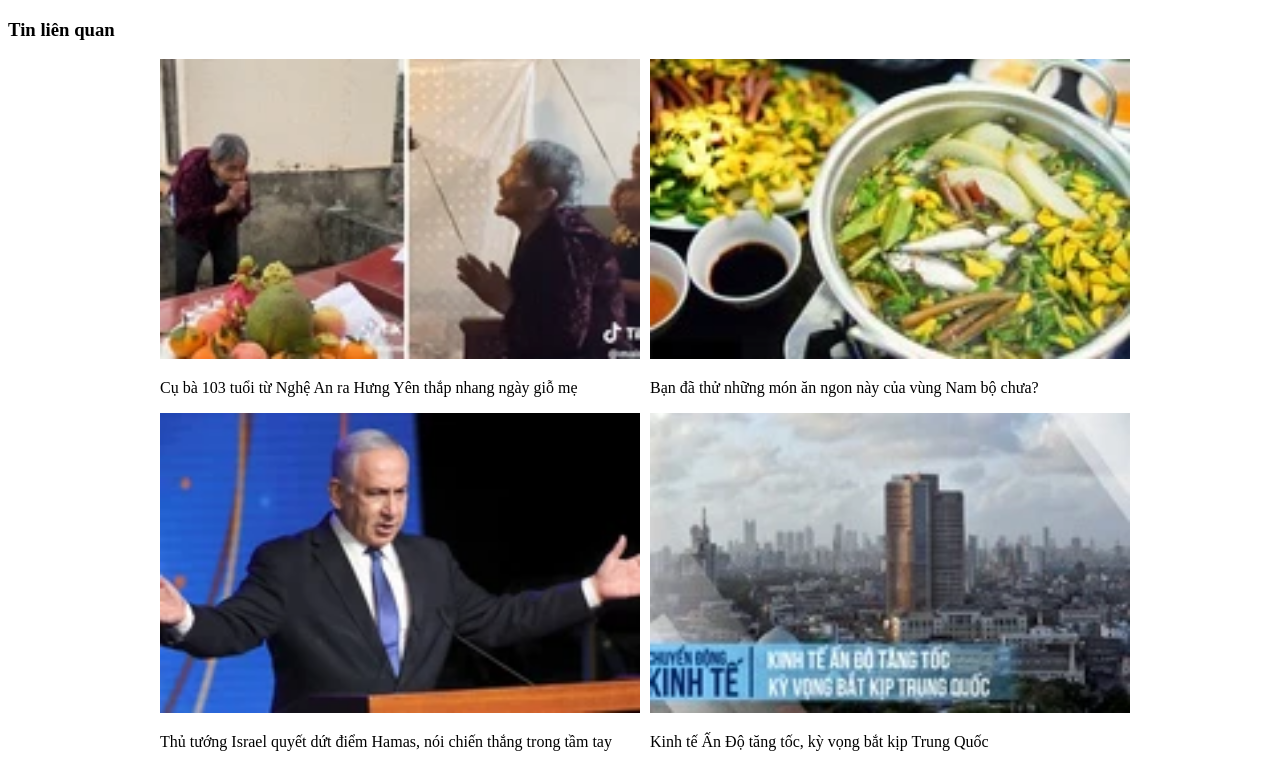
Repository: Tan-Khang21/TH_TKW--Buoi_07
Page: Bai_Tap_Ve_Nha/TinLienQuan.html
These files come from the project's save history. The page is drawn as it stood at one moment and after the next save; the edit follows.
The browser window is 1280 px wide. The pictures show the whole page.

Above is the page before, as saved 2024-03-12 17:20:24.

After the next save:
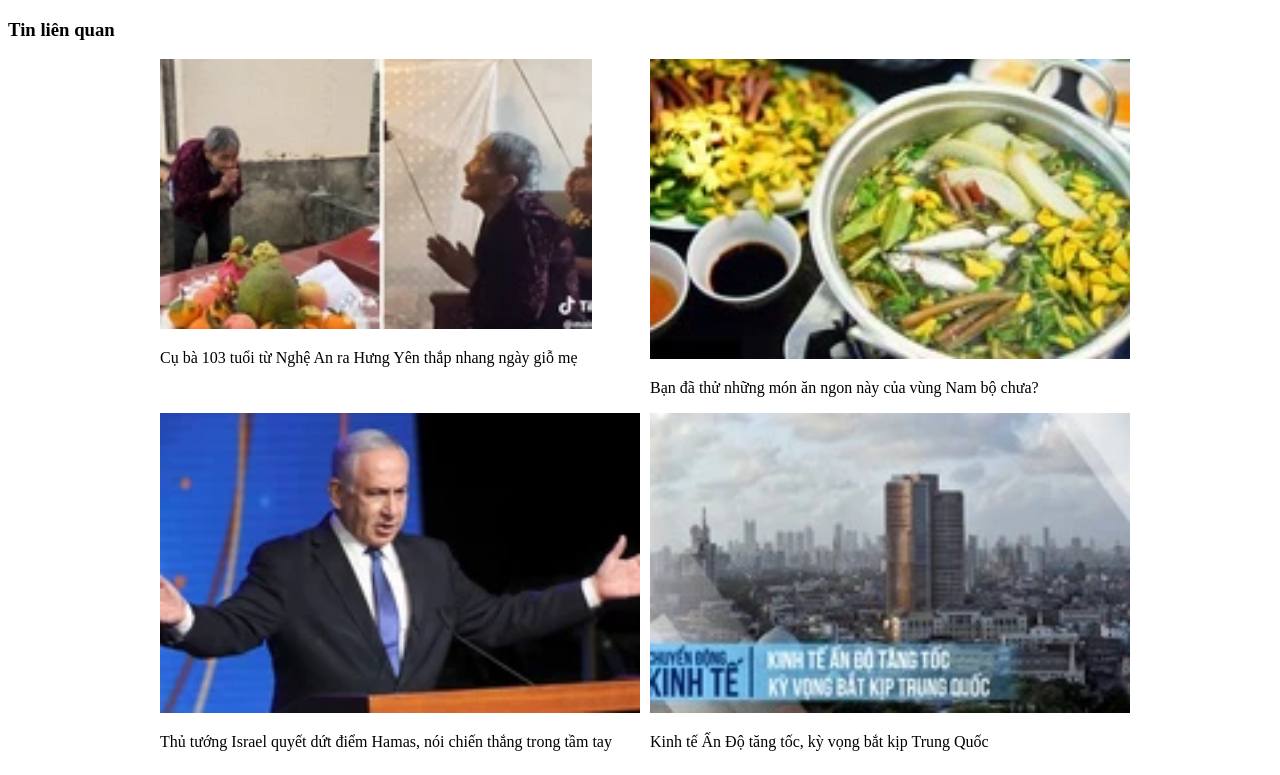
Saved 26 s later.
--- a/Bai_Tap_Ve_Nha/TinLienQuan.html
+++ b/Bai_Tap_Ve_Nha/TinLienQuan.html
@@ -23,7 +23,7 @@
             class="box"
             src="images/hinh3.webp"
             alt=""
-            style="width: 100%; object-fit: cover"
+            style="width: 90%; object-fit: cover"
           />
           <p>Cụ bà 103 tuổi từ Nghệ An ra Hưng Yên thắp nhang ngày giỗ mẹ</p>
         </div>

After the 3 saves that followed:
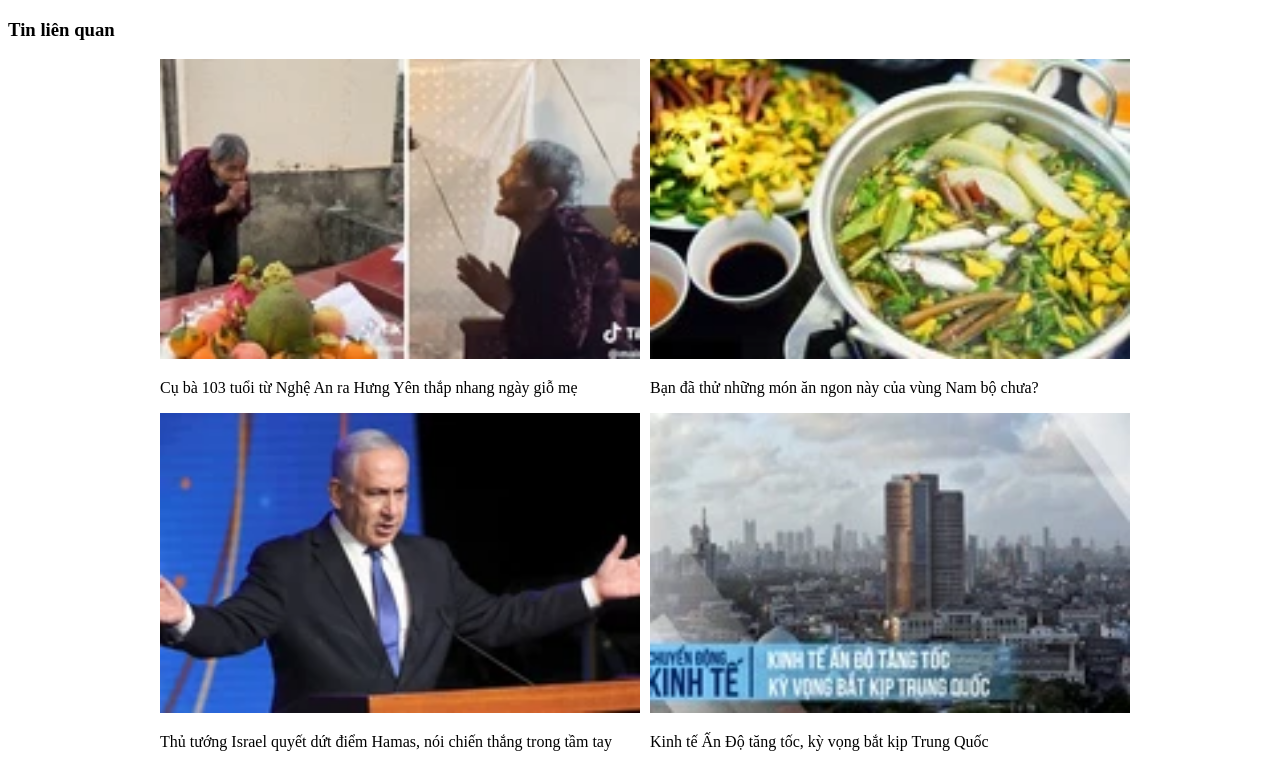
The 3 saves are shown as one change because 2 left the picture as it was.
The last was saved 92 s later.
--- a/Bai_Tap_Ve_Nha/TinLienQuan.html
+++ b/Bai_Tap_Ve_Nha/TinLienQuan.html
@@ -18,18 +18,16 @@
           margin: 0 auto;
         "
       >
-        <div style="width: 40%; margin-left: 10px">
+        <div class="box" style="width: 40%; margin-left: 10px">
           <img
-            class="box"
             src="images/hinh3.webp"
             alt=""
-            style="width: 90%; object-fit: cover"
+            style="width: 100%; object-fit: cover"
           />
           <p>Cụ bà 103 tuổi từ Nghệ An ra Hưng Yên thắp nhang ngày giỗ mẹ</p>
         </div>
         <div style="width: 40%; margin-left: 10px">
           <img
-            class="box"
             src="images/hinh4.webp"
             alt=""
             style="width: 100%; object-fit: cover"
@@ -38,7 +36,6 @@
         </div>
         <div style="width: 40%; margin-left: 10px">
           <img
-            class="box"
             src="images/hinh5.webp"
             alt=""
             style="width: 100%; object-fit: cover"
@@ -49,7 +46,6 @@
         </div>
         <div style="width: 40%; margin-left: 10px">
           <img
-            class="box"
             src="images/hinh6.webp"
             alt=""
             style="width: 100%; object-fit: cover"
